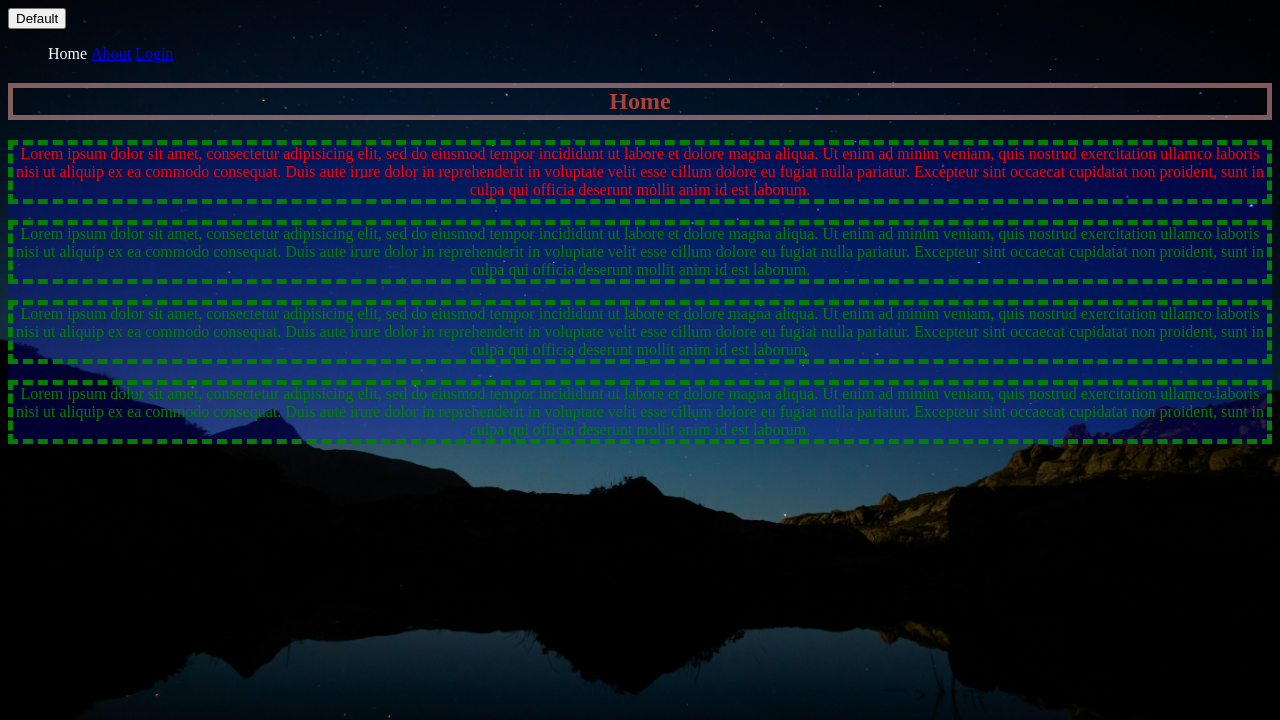
Repository: rileymeye1/ZTM
Page: project_files/index.html
The author's editor kept a copy of each file at every save. The page is drawn from the files as they stood at one save, then again after the next save.
The browser window is 1280 px wide. The pictures show the whole page.

Above is the page before, as saved 2024-08-19 16:53:20.

After the next save:
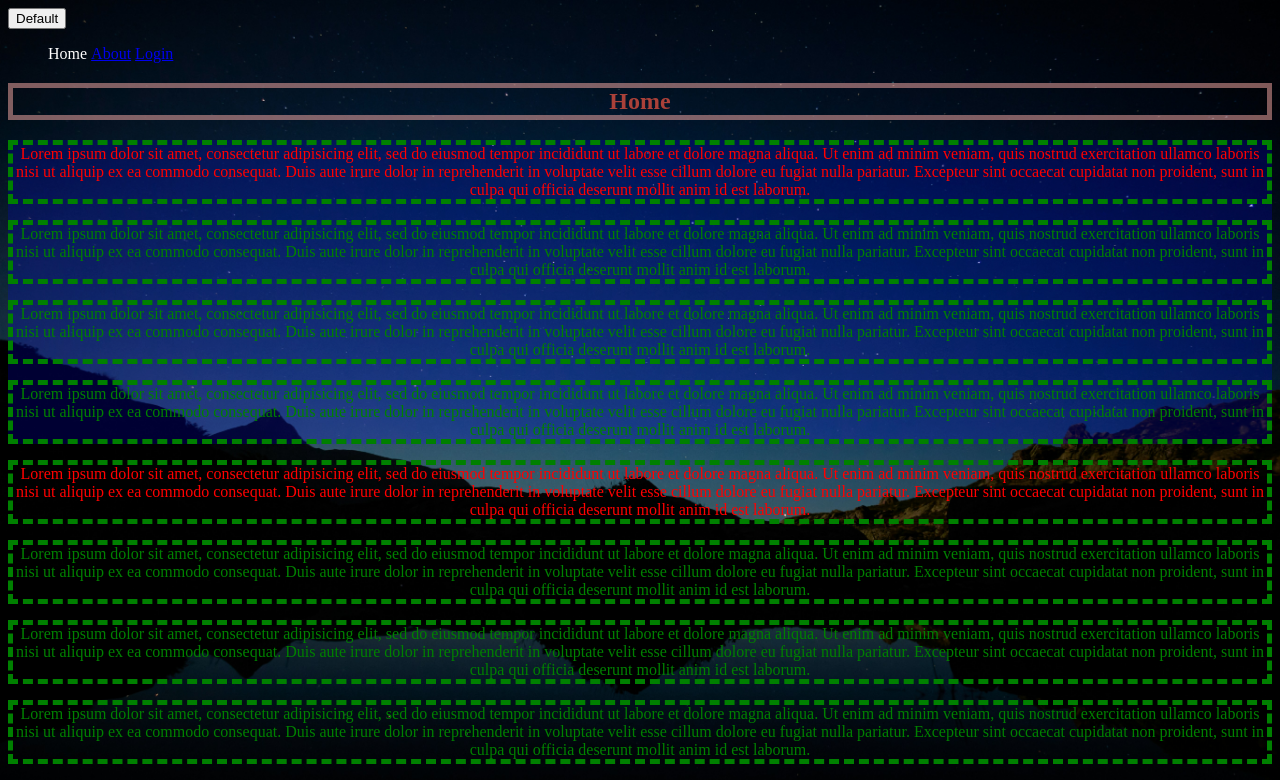
Saved 51 s later.
--- a/project_files/index.html
+++ b/project_files/index.html
@@ -44,6 +44,32 @@
       cillum dolore eu fugiat nulla pariatur. Excepteur sint occaecat cupidatat non
       proident, sunt in culpa qui officia deserunt mollit anim id est laborum.</p>
     </div>
+    <div id="div2">
+      <p class="webtext active">Lorem ipsum dolor sit amet, consectetur adipisicing elit, sed do eiusmod
+      tempor incididunt ut labore et dolore magna aliqua. Ut enim ad minim veniam,
+      quis nostrud exercitation ullamco laboris nisi ut aliquip ex ea commodo
+      consequat. Duis aute irure dolor in reprehenderit in voluptate velit esse
+      cillum dolore eu fugiat nulla pariatur. Excepteur sint occaecat cupidatat non
+      proident, sunt in culpa qui officia deserunt mollit anim id est laborum.</p>
+      <p class="webtext">Lorem ipsum dolor sit amet, consectetur adipisicing elit, sed do eiusmod
+      tempor incididunt ut labore et dolore magna aliqua. Ut enim ad minim veniam,
+      quis nostrud exercitation ullamco laboris nisi ut aliquip ex ea commodo
+      consequat. Duis aute irure dolor in reprehenderit in voluptate velit esse
+      cillum dolore eu fugiat nulla pariatur. Excepteur sint occaecat cupidatat non
+      proident, sunt in culpa qui officia deserunt mollit anim id est laborum.</p>
+      <p class="webtext">Lorem ipsum dolor sit amet, consectetur adipisicing elit, sed do eiusmod
+      tempor incididunt ut labore et dolore magna aliqua. Ut enim ad minim veniam,
+      quis nostrud exercitation ullamco laboris nisi ut aliquip ex ea commodo
+      consequat. Duis aute irure dolor in reprehenderit in voluptate velit esse
+      cillum dolore eu fugiat nulla pariatur. Excepteur sint occaecat cupidatat non
+      proident, sunt in culpa qui officia deserunt mollit anim id est laborum.</p>
+      <p class="webtext">Lorem ipsum dolor sit amet, consectetur adipisicing elit, sed do eiusmod
+      tempor incididunt ut labore et dolore magna aliqua. Ut enim ad minim veniam,
+      quis nostrud exercitation ullamco laboris nisi ut aliquip ex ea commodo
+      consequat. Duis aute irure dolor in reprehenderit in voluptate velit esse
+      cillum dolore eu fugiat nulla pariatur. Excepteur sint occaecat cupidatat non
+      proident, sunt in culpa qui officia deserunt mollit anim id est laborum.</p>
+    </div>
   </section>
 </body>
 </html>
